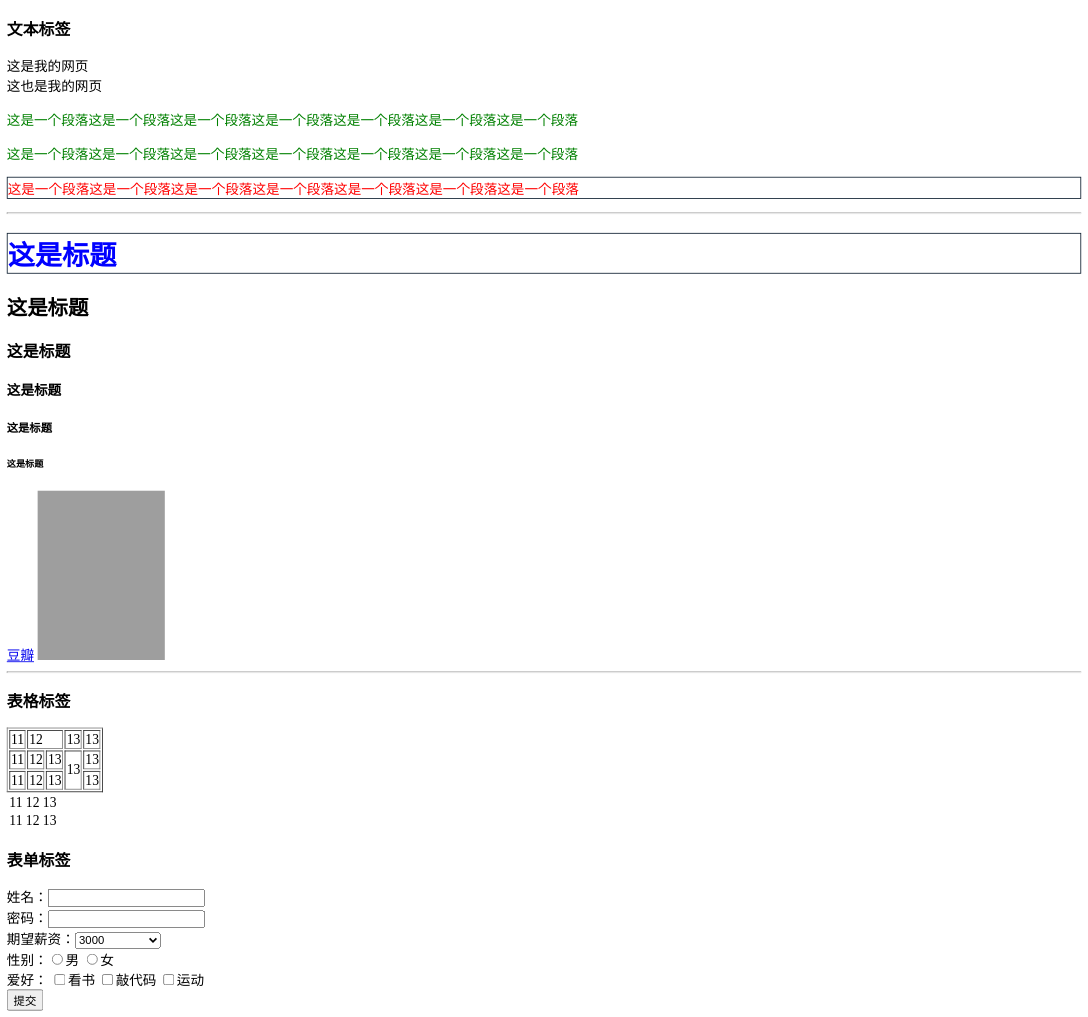
Repository: Jiege005/mytest-software-project
Page: mytest/WebContent/NewFile.html
These files come from the project's save history. The page is drawn as it stood at one moment and after the next save; the edit follows.
The browser window is 1280 px wide. The pictures show the whole page, at 85% of full size.
Pictures or frames that could not be fetched are drawn as grey boxes.

Above is the page before, as saved 2025-06-17 08:01:13.

After the next save:
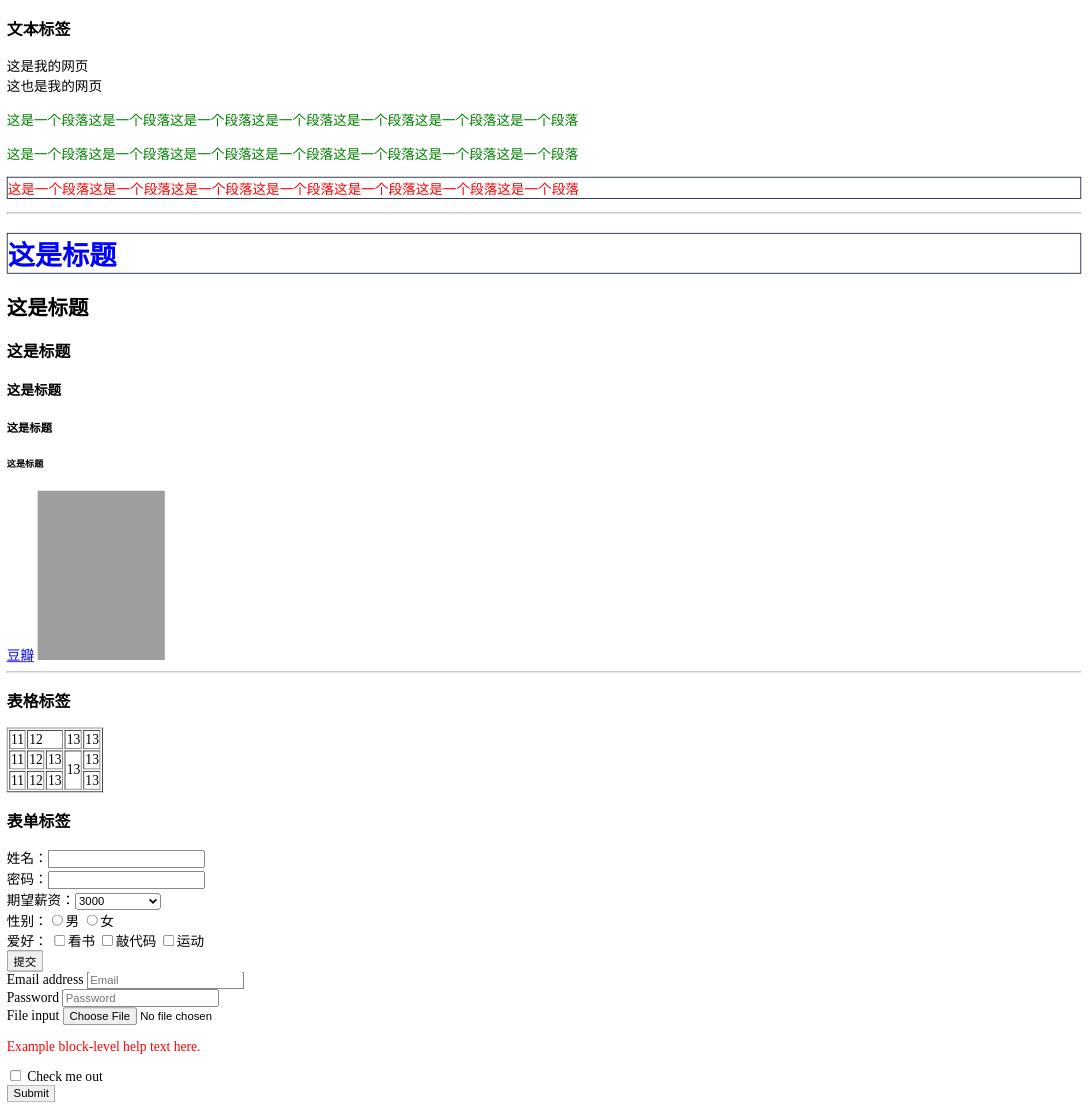
Saved 57 s later.
--- a/mytest/WebContent/NewFile.html
+++ b/mytest/WebContent/NewFile.html
@@ -64,22 +64,7 @@
 			</tr>
 		</table>
 
-		<table class="table table-hover">
-  			<!-- On rows -->
-			<tr class="active">
-				<td>11</td>
-				<td>12</td>
-				<td>13</td>
-			</tr>
-			<tr class="success">
-				<td>11</td>
-				<td>12</td>
-				<td>13</td>
-			</tr>
 
-
-
-		</table>
 
 		<h3>表单标签</h3>
 		<form action="other.html">
@@ -99,6 +84,26 @@
 			      <input type="checkbox" name="hobby">运动<br>
 			<input type="submit" value="提交">
 		</form>
-
+		<form>
+  <div class="form-group">
+    <label for="exampleInputEmail1">Email address</label>
+    <input type="email" class="form-control" id="exampleInputEmail1" placeholder="Email">
+  </div>
+  <div class="form-group">
+    <label for="exampleInputPassword1">Password</label>
+    <input type="password" class="form-control" id="exampleInputPassword1" placeholder="Password">
+  </div>
+  <div class="form-group">
+    <label for="exampleInputFile">File input</label>
+    <input type="file" id="exampleInputFile">
+    <p class="help-block">Example block-level help text here.</p>
+  </div>
+  <div class="checkbox">
+    <label>
+      <input type="checkbox"> Check me out
+    </label>
+  </div>
+  <button type="submit" class="btn btn-default">Submit</button>
+</form>
 	</body>
 </html>
